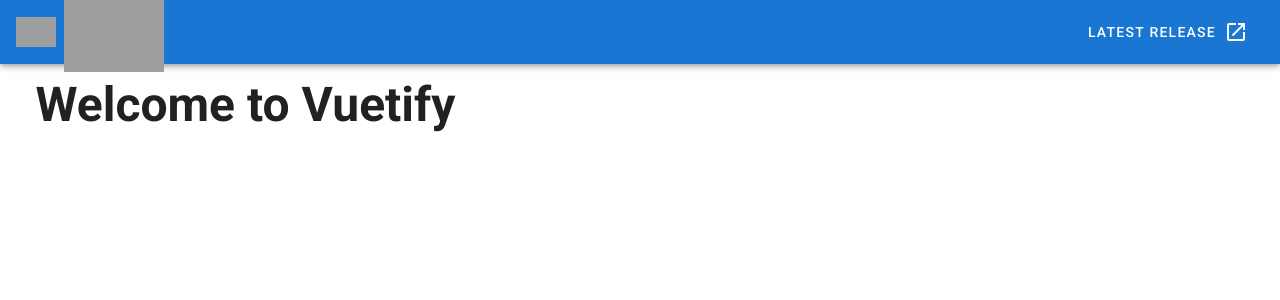
Repository: jeffersontads/project-vuejs
Page: /contact
These files come from the project's save history. The page is drawn as it stood at one moment and after the next save; the edit follows.
The browser window is 1280 px wide. The pictures show the whole page.
Pictures or frames that could not be fetched are drawn as grey boxes. The project was rebuilt for these pictures with package versions that can differ from the ones it lists, and the page was loaded fresh each time. Also part of the build but not shown: vue.config.js.

Above is the page before, as saved 2021-10-29 16:22:33.

### src/router/index.js
import Vue from 'vue'
import VueRouter from 'vue-router'
import Home from '../views/Home.vue'

Vue.use(VueRouter)

const routes = [
  {
    path: '/',
    name: 'Home',
    component: Home
  },
  {
    path: '/about',
    name: 'About',
    component: () => import(/* webpackChunkName: "about" */ '../views/About.vue')
  },
  {
    path: '/crud',
    name: 'crud',
    component: () => import(/* webpackChunkName: "about" */ '../views/Crud.vue')
  }
]

const router = new VueRouter({
  routes
})


export default router

### src/components/HelloWorld.vue
<template>
  <v-container>
    <v-row class="text-center">

      <v-row class="mb-4 mt-4 text-center" >
        <h1 class="display-2 font-weight-bold mb-3">
          Welcome to Vuetify
        </h1>
        </v-row>
    </v-row>
  </v-container>
</template>

<script>
  export default {
    name: 'HelloWorld',

    data: () => ({
      ecosystem: [
        {
          text: 'vuetify-loader',
          href: 'https://github.com/vuetifyjs/vuetify-loader',
        },
        {
          text: 'github',
          href: 'https://github.com/vuetifyjs/vuetify',
        },
        {
          text: 'awesome-vuetify',
          href: 'https://github.com/vuetifyjs/awesome-vuetify',
        },
      ],
      importantLinks: [
        {
          text: 'Documentation',
          href: 'https://vuetifyjs.com',
        },
        {
          text: 'Chat',
          href: 'https://community.vuetifyjs.com',
        },
        {
          text: 'Made with Vuetify',
          href: 'https://madewithvuejs.com/vuetify',
        },
        {
          text: 'Twitter',
          href: 'https://twitter.com/vuetifyjs',
        },
        {
          text: 'Articles',
          href: 'https://medium.com/vuetify',
        },
      ],
      whatsNext: [
        {
          text: 'Explore components',
          href: 'https://vuetifyjs.com/components/api-explorer',
        },
        {
          text: 'Select a layout',
          href: 'https://vuetifyjs.com/getting-started/pre-made-layouts',
        },
        {
          text: 'Frequently Asked Questions',
          href: 'https://vuetifyjs.com/getting-started/frequently-asked-questions',
        },
      ],
    }),
  }
</script>

Loaded but not shown: public/index.html (common file); src/main.js (common file); src/App.vue (common file); src/registerServiceWorker.js (common file); src/store/index.js (common file); src/plugins/vuetify.js (common file); src/views/Home.vue (common file)

After the next save:
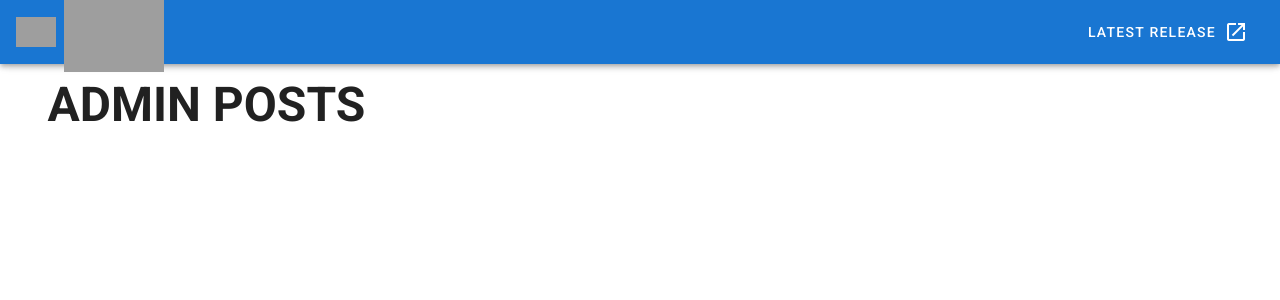
Saved 52 s later.
--- a/src/components/HelloWorld.vue
+++ b/src/components/HelloWorld.vue
@@ -1,12 +1,9 @@
 <template>
   <v-container>
     <v-row class="text-center">
-
-      <v-row class="mb-4 mt-4 text-center" >
-        <h1 class="display-2 font-weight-bold mb-3">
-          Welcome to Vuetify
-        </h1>
-        </v-row>
+      <h1 class="display-2 font-weight-bold mb-4 mt-4">
+      ADMIN POSTS
+      </h1>
     </v-row>
   </v-container>
 </template>
